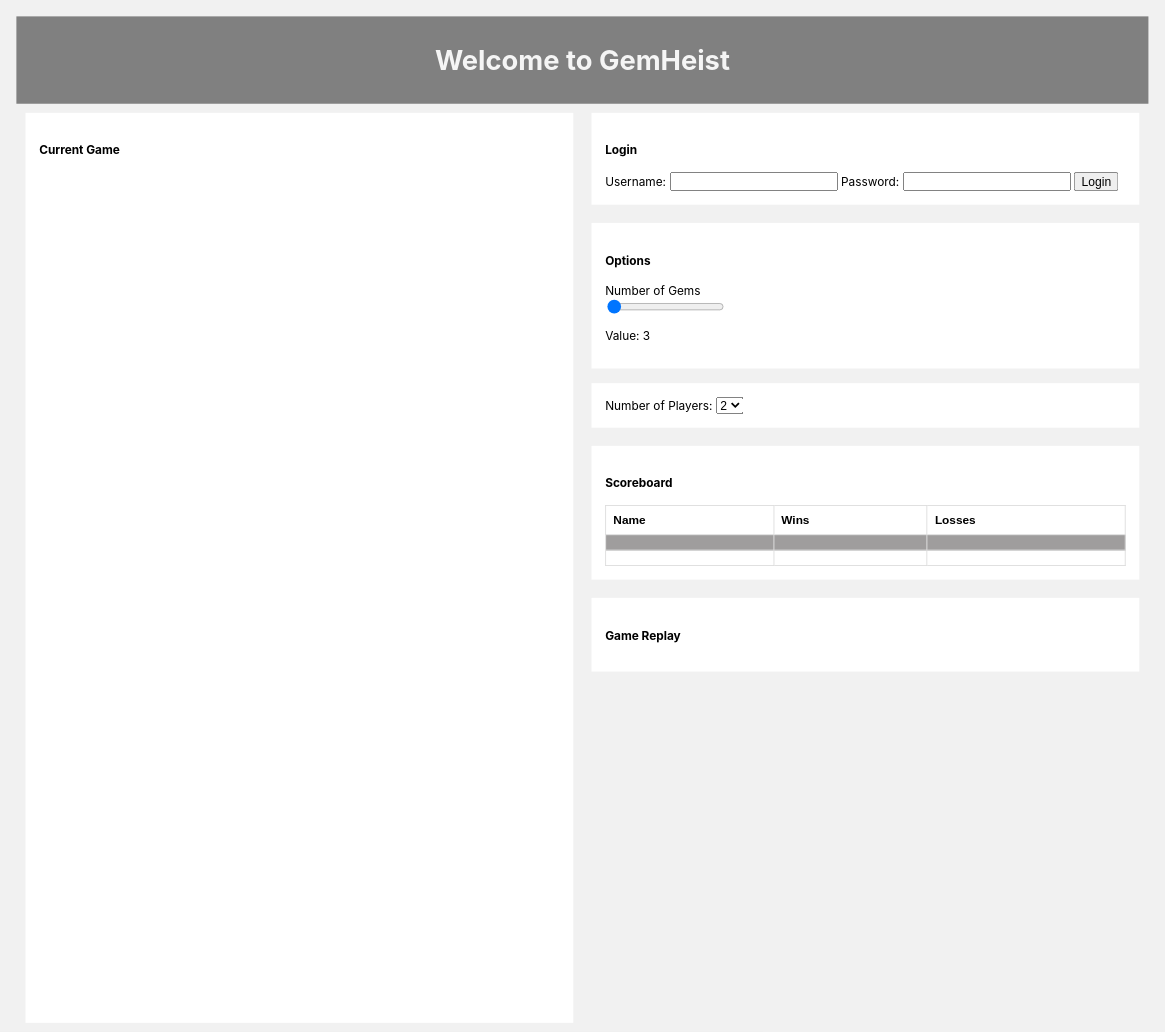
Repository: komalharjani/Gem-Heist
Page: board.html
An editor plug-in stored every save of this project. The page is shown before and after the next save, followed by the edit.
The browser window is 1280 px wide. The pictures show the whole page, at 91% of full size.

Above is the page before, as saved 2020-04-09 16:41:52.
Console error: SyntaxError: Unexpected end of input

### board.html
<!DOCTYPE html>
<html>

<head>
    <link rel="stylesheet" href="style.css">
</head>

<body>
    <!--Header-->
    <div class="header">
        <h2>Welcome to GemHeist</h2>
    </div>

    <!--Current Game-->
    <div class="centercolumn">
        <div class="card" style="height:1000px">
            <h4 id="gameTitle">Current Game</h4>
            <div class="yaks" id="game">
            </div>
        </div>
    </div>
    <!--Login -->
    <div class="centercolumn" id="scoreboard">
        <div class="card">
            <h4>Login</h4>
            <div class="yaks">
                <label for="fname">Username:</label>
                <input type="text" id="fname" name="fname">
                <label for="lname">Password:</label>
                <input type="text" id="lname" name="lname">
                <input type="submit" value="Login">
            </div>
        </div>
    </div><br>
    </div>

    <!--Options -->
    <div class="rightcolumn">
        <div class="card">
            <h4>Options</h4>
            <div class="yaks">
                <div class="slidecontainer">
                    <label for="myRange">Number of Gems</label></br>
                    <input type="range" min="3" max="20" value="3" class="slider" id="myRange">
                    <p>Value: <span id="demo"></span></p>
                </div>
            </div>
                <script>
                    var slider = document.getElementById("myRange");
                    var output = document.getElementById("demo");
                    output.innerHTML = slider.value;
                    document.getElementById("myRange").step = "3";
                    slider.oninput = function () {
                        output.innerHTML = this.value;
                    }
                </script>
            </div></br>
            <div class="card">
                <div class="yaks">
                    <label for="noPlayers">Number of Players:</label>
                    <select id="noPlayers">
                        <option value="2">2</option>
                        <option value="3">3</option>
                        <option value="4">4</option>
                        <option value="5">5</option>
                    </select>
                </div>
            </div>
    </div><br>
    </div>

    <!--Scoreboard - change to dynamic -->
    <div class="rightcolumn">
        <div class="card">
            <h4>Scoreboard</h4>
            <div class="yaks" id="scoreboard">
                <table>
                    <tr>
                        <th>Name</th>
                        <th>Wins</th>
                        <th>Losses</th>
                    </tr>
                    <tr>
                        <td> </td>
                        <td> </td>
                        <td> </td>
                    </tr>
                    <tr>
                        <td> </td>
                        <td> </td>
                        <td> </td>
                    </tr>
                </table>

            </div>
        </div>
    </div><br>
    </div>

    <!--Scoreboard -->
    <div class="rightcolumn">
        <div class="card">
            <h4>Game Replay</h4>
            <div class="yaks">
                <!--Content Here-->
            </div>
        </div>
    </div><br>
    </div>



    <!--JAVASCRIPT -->
    <script src="model_Board.js"></script>
</body>

</html>

### style.css
* {
    box-sizing: border-box;
  }

  /* Add a gray background color with some padding */
  body {
    font-family: -apple-system, BlinkMacSystemFont, 'Segoe UI', Roboto, Oxygen, Ubuntu, Cantarell, 'Open Sans', 'Helvetica Neue', sans-serif;
    padding: 10px;
    background: #f1f1f1;
    font-size: 13px;
  }
  table {
    font-family: arial, sans-serif;
    border-collapse: collapse;
    width: 100%;
  }

  td, th {
    border: 1px solid #dddddd;
    text-align: left;
    padding: 8px;
  }

  tr:nth-child(even) {
    background-color: #dddddd;
  }
  /* Header Title */
  .header {
    padding: 5px;
    font-size: 20px;
    text-align: center;
    background: grey;
    color: whitesmoke;
  }

  .login {
    width:300px;
    height:150px;
    position: fixed;
    top: 50%;
    left: 50%;
    margin-top: -125px;
    margin-left: -150px;
  }


  /* Alerts and Gems */

  .gem {
    background-color: white;
    justify-content: center;
  }

  .gem:hover {
    background-color: rgb(240, 240, 240);
  }

  .alarm {
    background-color: rgb(200, 0, 0);
  }

  .white {
    background-color: white;
  }

  .empty {
    background-color: white;
  }

  .alarm:hover {
    background-color: rgb(136, 0, 0);
  }

  /* Split Screen into Columns */

  .rightcolumn {
    float: right;
    width: 50%;
    padding: 10px;
  }

  .centercolumn {
    float: left;
    width: 50%;
    padding: 10px;
  }

  .box {
    background-color: whitesmoke;
    width: 100%;
    padding: 15px;
  }

  .voteFilter {
    background-color: black;
    width: 100%;
    padding: 15px;
  }

  .card {
     background-color: white;
     padding: 15px;
  }

  .row:after {
    content: "";
    display: table;
    clear: both;
  }

  /* Footer */
  .footer {
    padding: 20px;
    text-align: center;
    background: #ddd;
    margin-top: 20px;
  }

  /* Responsive layout - when the screen is less than 800px wide, make the two columns stack on top of each other instead of next to each other */
  @media screen and (max-width: 800px) {
    .leftcolumn, .rightcolumn {
      width: 100%;
      padding: 0;
    }
  }

  tr:nth-child(even) {
    background-color: #3b37377c;
  }

### model_Board.js
/**
 * Variables
 */
const width = 7;
var gemChar = '&#128142';
var noGems = document.getElementById("myRange").value;
height = (2 / 3 * noGems) + 1;

/**
 * Declare Arrays for Drawing Board...
 */
var pieces = [];
for (var i = 0; i < height; i++) {
    pieces[i] = [];
}

/**
 * Array With Current State
 */
var currState = [];
for (var i = 0; i < height; i++) {
    currState[i] = [];
    for (var j = 0; j < width; j++) {
        currState[i].push(true); //default all true
    }
}

/**
 * Function to Draw Board depending on whether values are true / false
 */
function drawBoard() {
    //Create rows and tables according to specified height and width
    var table = document.createElement("table");
    for (var i = 0; i < height; i++) { //loop through height
        var row = document.createElement('tr'); //create rows for each height
        for (var j = 0; j < width; j++) { //loop through width
            var cell = document.createElement('td'); //create columns for each width
            pieces[i].push(cell);
            cell.setAttribute("row", i);
            cell.setAttribute("col", j);

            if (currState[i][j] == true) {
                if (j % 2 && i % 2) { //identify gem cells
                    //currentState[0].push(cell);
                    cell.innerHTML = gemChar;
                    cell.className = "gem";
                    //move event listener to turn handler function
                    cell.addEventListener('click', function (event) {
                        this.innerHTML = "name";
                        captureAlarm();
                    })
                }
                else if (j % 2 || i % 2) { //identify alarm cells
                    cell.className = "alarm";
                    cell.addEventListener('click', function (event) {
                        captureAlarm();
                        this.className = "white";
                    })
                }
            }
            else {
                cell.className = "white"
            }
            row.appendChild(cell);
        }
        table.appendChild(row);
    }
    document.body.appendChild(table);

    //display in this div
    let divContainer = document.getElementById("game");
    divContainer.innerHTML = "";
    divContainer.appendChild(table);
}

drawBoard();

//free of HTML elements
function captureAlarm() {
    let currRow = event.target.getAttribute("row"); //curr row
    let currCol = event.target.getAttribute("col"); //curr col

    let intRow = parseInt(currRow);
    intRow += 1;
    console.log(intRow);

    let alarmsAroundEvent = [];
    let gemsFound = [];
    let leftCell;
    let rightCell;
    let upCell;
    let downCell;
    let one = 1;
    let alarmsAroundGemsFound = [];

    currState[currRow][currCol] = (false); //bind false to cell.className = "white";
    //add move to replay

    if (currRow - 1 >= 0) {
        upCell = pieces[currRow - 1][currCol];
        alarmsAroundEvent.push(upCell);
    } if (currCol - 1 >= 0) {
        leftCell = pieces[currRow][currCol - 1];
        alarmsAroundEvent.push(leftCell);
    } if (currRow + 1 < height) {
        downCell = pieces[intRow][currCol];
        alarmCheck.push(downCell);
    // } if (currCol < width) {
    //     rightCell = [currRow][currCol + 1];
    //     alarmCheck.push(rightCell);
    // }

    console.log(upCell);
    console.log(leftCell);
    console.log(alarmsAroundEvent);
    //}

    //loop 1 find gems around alarms
    for (let i = 0; i < alarmsAroundEvent.length; i++) {
        if (alarmsAroundEvent[i].className == "gem") {
            gemsFound.push(alarmsAroundEvent[i]);
        }
    }

    //loop 2 - check for alarms around each gem to see if gem should be captured
    for (let i = 0; i < gemsFound.length; i++) {
        let gemRow = gemsFound[i].getAttribute("row");
        let gemCol = gemsFound[i].getAttribute("col");

        let alarmUp = (pieces[gemRow - 1][gemCol]);
        let alarmLeft = (pieces[gemRow][gemCol - 1]);
        //let alarmRight = (pieces[gemRow + 1][gemCol]);
        //let alarmDown = (pieces[gemRow + 1][gemCol]);

        alarmsAroundGemsFound.push(alarmUp, alarmLeft);

        for (let j = 0; j < alarmsAroundGemsFound.length; j++) {
            if (alarmsAroundGemsFound[i].className == "white") {
                alarmsAroundGemsFound.pop[i];
            }
        }
        console.log(alarmsAroundGemsFound);

        if (alarmsAroundGemsFound.length == 0) {
            gemsFound.className = "white";
            gemsFound.innerHTML = "name";
            //add move to replay
            //currState[gemRow][gemCol] = (false);
            //model.Player.score++;
            declareWinner();
        }
        else {
            //Next Turn
        }

    }

}

function declareWinner() {
    let gemsToWin = player.length / noGems;
    if (player.score = gemsToWin) {
        //alert
        //kill game
        //update leagueboard
    }
    else {
        //next turn
    }
}

//2. fix the row and col
//3. reference errors with calling other functions in main

After the next save:
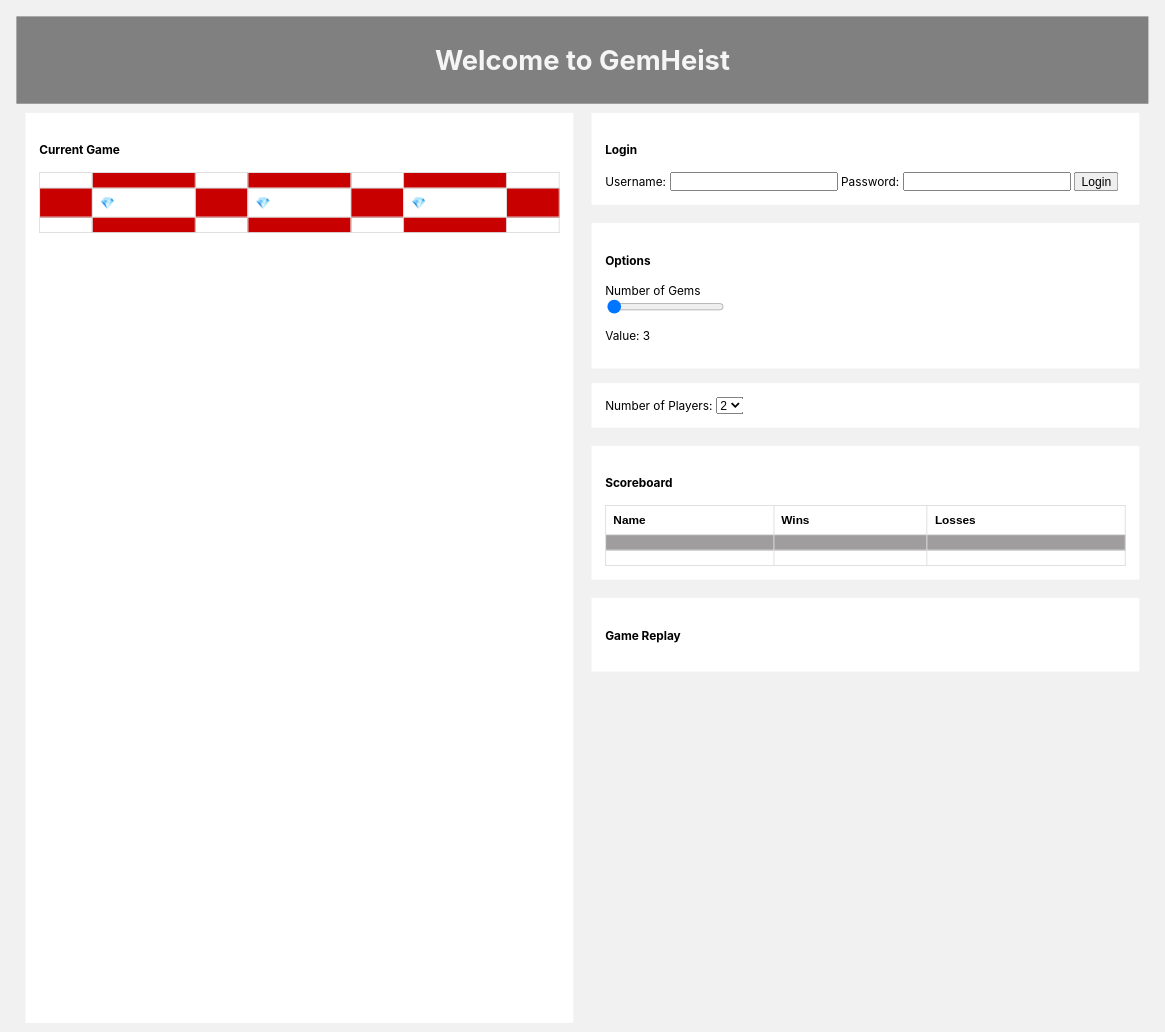
The error is gone.
Saved 11 s later.
--- a/model_Board.js
+++ b/model_Board.js
@@ -105,7 +105,8 @@ function captureAlarm() {
     } if (currRow + 1 < height) {
         downCell = pieces[intRow][currCol];
         alarmCheck.push(downCell);
-    // } if (currCol < width) {
+    }
+    // if (currCol < width) {
     //     rightCell = [currRow][currCol + 1];
     //     alarmCheck.push(rightCell);
     // }
